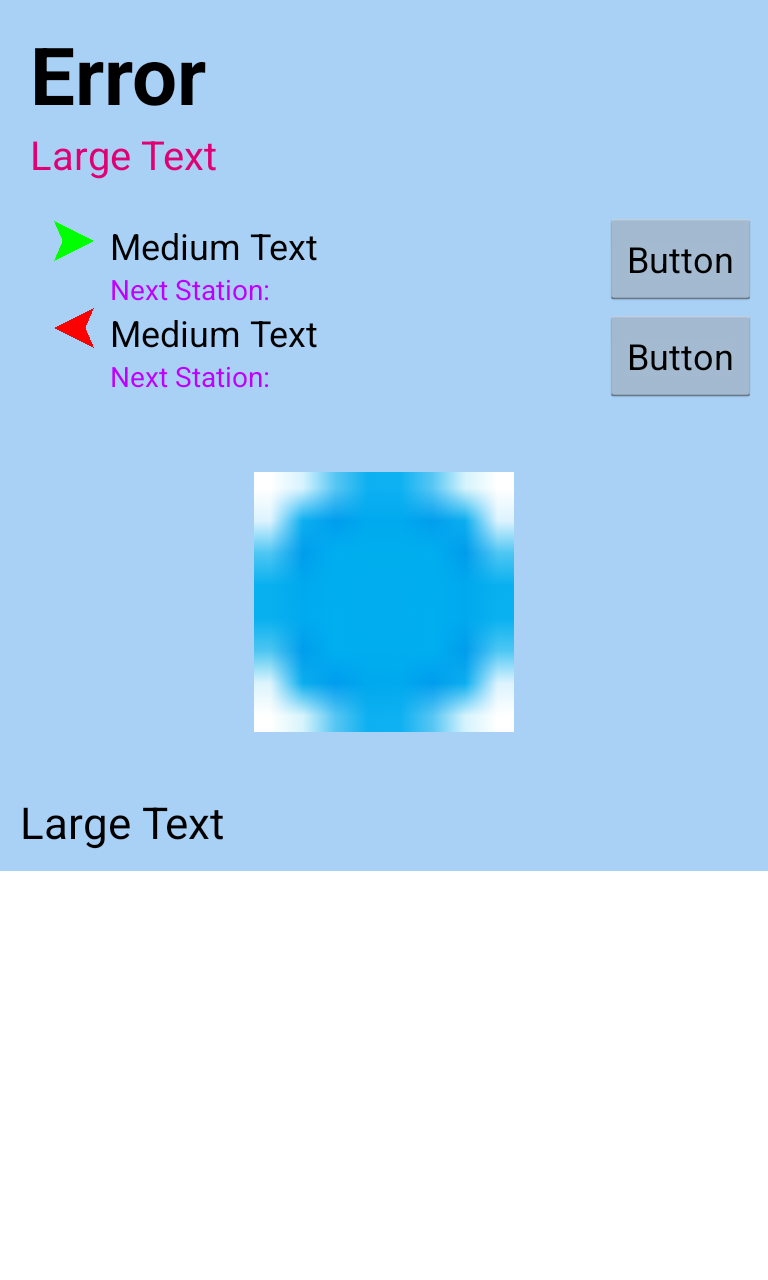
Repository: patheon17/myrepo2
Layout: workspace/UMBusTracking/res/layout/single_list_item_view.xml
These files come from the project's save history. The layout is drawn as it stood at one moment and after the next save; the edit follows.
It is drawn on a 768 x 1280 px phone screen (xhdpi) without system bars, with theme AppTheme; the app's code is not run.

Above is the layout before, as saved 2013-10-03 18:44:28.

### workspace/UMBusTracking/res/layout/single_list_item_view.xml
<?xml version="1.0" encoding="utf-8"?>
<ScrollView xmlns:android="http://schemas.android.com/apk/res/android"
    android:layout_width="fill_parent" android:layout_height="fill_parent">

<RelativeLayout
    android:layout_width="match_parent"
    android:layout_height="match_parent"
    android:background="@color/background_lime"
    android:orientation="vertical" >

    <TextView
        android:id="@+id/viewstoptitle"
        android:layout_width="fill_parent"
        android:layout_height="wrap_content"
        android:paddingLeft="15sp"
         android:layout_marginTop="10sp"
        android:text="@string/viewstoptitle"
        android:textColor="#000000"
        android:textSize="40sp"
        android:textStyle="bold" />

    <TextView
        android:id="@+id/routename"
        android:layout_width="match_parent"
        android:layout_height="wrap_content"
        android:layout_below="@+id/viewstoptitle"
        android:paddingLeft="15sp"
        android:textSize="20sp"
        android:text="Large Text"
        android:textColor="#DF0174"
        android:textAppearance="?android:attr/textAppearanceLarge" />

    <RelativeLayout
    android:layout_width="match_parent"
    android:layout_height="match_parent"
    android:id="@+id/div1"
    android:layout_below="@+id/routename"
    android:padding="5sp"
    android:layout_marginTop="10sp"
    >


    <TextView
        android:id="@+id/routeto11"
        android:layout_width="wrap_content"
        android:layout_height="wrap_content"
        android:layout_alignLeft="@+id/nextstation"
         android:layout_below="@+id/nextstation"
        android:text="Medium Text"
        android:textAppearance="?android:attr/textAppearanceMedium" />


    <TextView
        android:id="@+id/routefrom"
        android:layout_width="wrap_content"
        android:layout_height="wrap_content"
        android:layout_alignParentLeft="true"
        android:layout_below="@+id/routename"
        android:layout_marginLeft="50dp"
        android:text="Medium Text"
         android:layout_marginTop="5sp"
        android:textAppearance="?android:attr/textAppearanceMedium" />

    <ImageView
        android:id="@+id/greenarrow"
        android:layout_width="20sp"
        android:layout_height="20sp"
        android:layout_alignParentLeft="true"
        android:layout_alignTop="@+id/routefrom"
        android:layout_marginLeft="22dp"

        android:src="@drawable/arrowgreen" />

    <TextView
        android:id="@+id/nextstation"
        android:layout_width="wrap_content"
        android:layout_height="wrap_content"
        android:layout_alignLeft="@+id/routefrom"
        android:layout_below="@+id/routefrom"
        android:text="Next Station: "
        android:textColor="#BF00FF"
        android:textAppearance="?android:attr/textAppearanceSmall" />

    <ImageView
        android:id="@+id/redarrow"
        android:layout_width="20sp"
        android:layout_height="20sp"
        android:layout_alignLeft="@+id/greenarrow"
         android:layout_alignTop="@+id/routeto11"
        android:src="@drawable/redarrow" />



    <TextView
        android:id="@+id/nextstation1"
        android:layout_width="wrap_content"
        android:layout_height="wrap_content"
        android:layout_alignLeft="@+id/routeto11"
        android:layout_below="@+id/routeto11"
        android:text="Next Station: "
         android:textColor="#BF00FF"
        android:textAppearance="?android:attr/textAppearanceSmall" />


    <Button
        android:id="@+id/button1"
        android:layout_width="wrap_content"
        android:layout_height="wrap_content"
        android:layout_alignParentRight="true"
        android:text="Button" />

    <Button
        android:id="@+id/button2"
        android:layout_width="wrap_content"
        android:layout_height="wrap_content"
        android:layout_alignLeft="@+id/button1"
        android:layout_below="@+id/nextstation"
        android:text="Button" />


    </RelativeLayout>

     <ImageView
        android:id="@+id/imageView1"
        android:layout_width="match_parent"
        android:layout_height="150dp"
        android:layout_alignParentLeft="true"
        android:layout_below="@+id/div1"
        android:layout_marginTop="19dp"
        android:padding="10sp"
        android:src="@drawable/stops" />

     <TextView
        android:id="@+id/description"
        android:layout_width="match_parent"
        android:layout_height="wrap_content"
        android:layout_below="@+id/imageView1"
        android:text="Large Text"
        android:layout_marginTop="10sp"
        android:padding="10sp"
        android:textAppearance="?android:attr/textAppearanceLarge" />

</RelativeLayout>
</ScrollView>

### workspace/UMBusTracking/res/values/styles.xml
<resources>

    <!--
        Base application theme, dependent on API level. This theme is replaced
        by AppBaseTheme from res/values-vXX/styles.xml on newer devices.
    -->
    <style name="AppBaseTheme" parent="android:Theme.Light">
        <!--
            Theme customizations available in newer API levels can go in
            res/values-vXX/styles.xml, while customizations related to
            backward-compatibility can go here.
        -->
    </style>

    <!-- Application theme. -->
    <style name="AppTheme" parent="AppBaseTheme">
        <!-- All customizations that are NOT specific to a particular API-level can go here. -->
    </style>


</resources>

### workspace/UMBusTracking/res/values/strings.xml
<?xml version="1.0" encoding="utf-8"?>
<resources>

    <string name="app_name">UMBusTracking</string>
    <string name="action_settings">Settings</string>
    <string name="hello_world">Hello world!</string>
    <string name="button">Connect</string>
    <string name="title_activity_info">InfoActivity</string>
    <string name="title_activity_test2">Test2</string>
    <string name="title_activity_view_stops_details">View Bus Stops Details/Information</string>
    <string name="viewstoptitle">Error</string>
    <string name="title_activity_nearest_stop">NearestStop</string>
    <string name="displaystop">error</string>

    <color name="background_lime">#A9D0F5</color>

    <string name="routename">On Route</string>
    <string name="stopname">Bus Stop</string>
    <string name="title_activity_display_busses">DisplayBusses</string>

</resources>

Loaded but not shown: workspace/UMBusTracking/res/values-v11/styles.xml (common file); workspace/UMBusTracking/res/values-v14/styles.xml (common file)

After the next save:
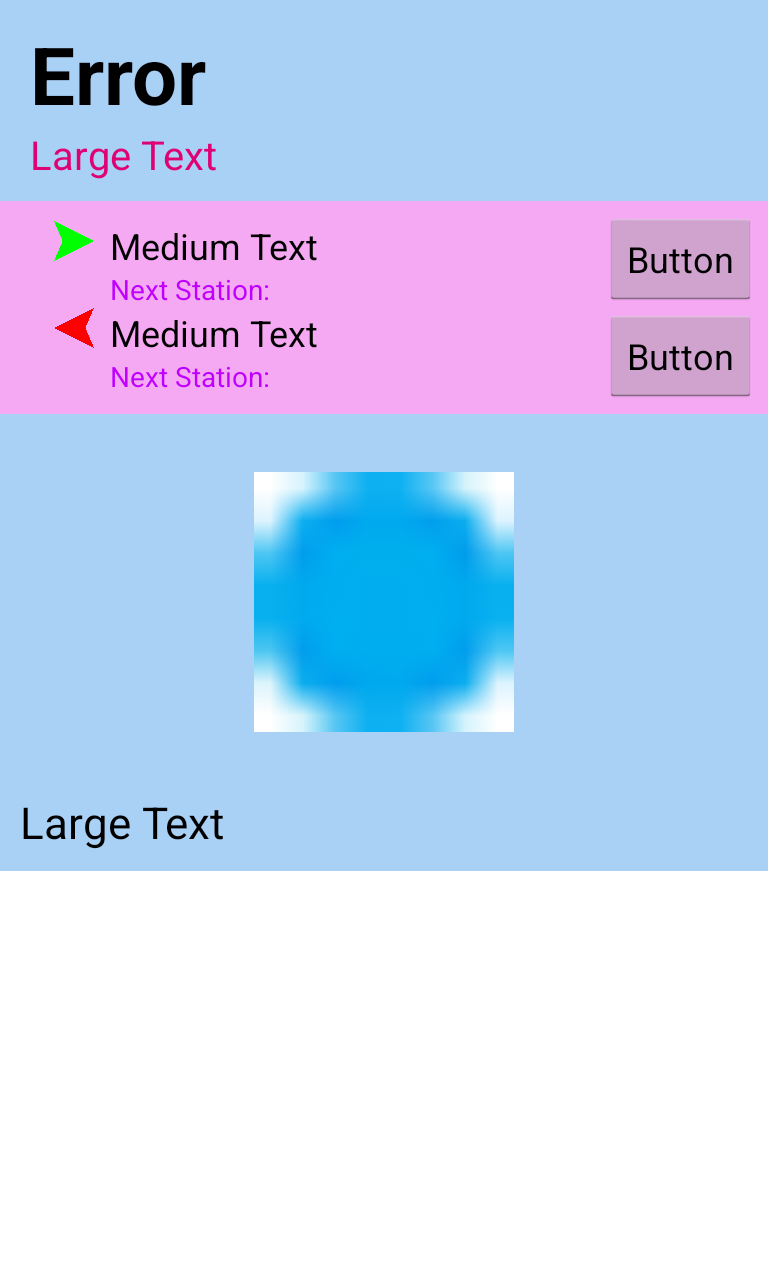
Saved 70 s later.
--- a/workspace/UMBusTracking/res/layout/single_list_item_view.xml
+++ b/workspace/UMBusTracking/res/layout/single_list_item_view.xml
@@ -31,14 +31,14 @@
         android:textAppearance="?android:attr/textAppearanceLarge" />
 
     <RelativeLayout
-    android:layout_width="match_parent"
-    android:layout_height="match_parent"
-    android:id="@+id/div1"
-    android:layout_below="@+id/routename"
-    android:padding="5sp"
-    android:layout_marginTop="10sp"
-    >
-
+        android:id="@+id/div1"
+        android:layout_width="match_parent"
+        android:layout_height="match_parent"
+        android:layout_below="@+id/routename"
+        android:layout_marginTop="10sp"
+        android:background="@color/background_lime"
+        android:padding="5sp"
+        android:background="#F5A9F2">
 
     <TextView
         android:id="@+id/routeto11"

After the 2 saves that followed:
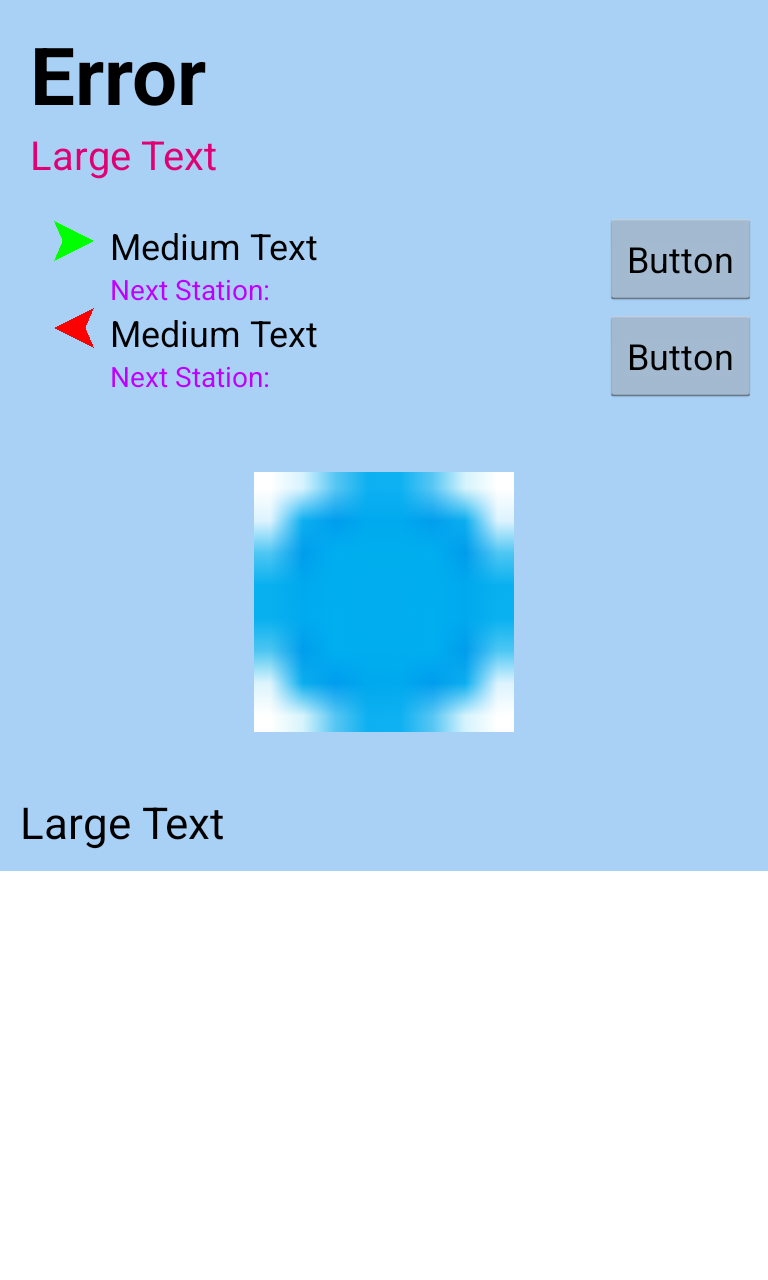
The 2 saves are shown as one change because 1 left the picture as it was.
The last was saved 45 s later.
--- a/workspace/UMBusTracking/res/layout/single_list_item_view.xml
+++ b/workspace/UMBusTracking/res/layout/single_list_item_view.xml
@@ -33,12 +33,12 @@
     <RelativeLayout
         android:id="@+id/div1"
         android:layout_width="match_parent"
-        android:layout_height="match_parent"
+        android:layout_height="wrap_content"
         android:layout_below="@+id/routename"
         android:layout_marginTop="10sp"
         android:background="@color/background_lime"
         android:padding="5sp"
-        android:background="#F5A9F2">
+        >
 
     <TextView
         android:id="@+id/routeto11"
